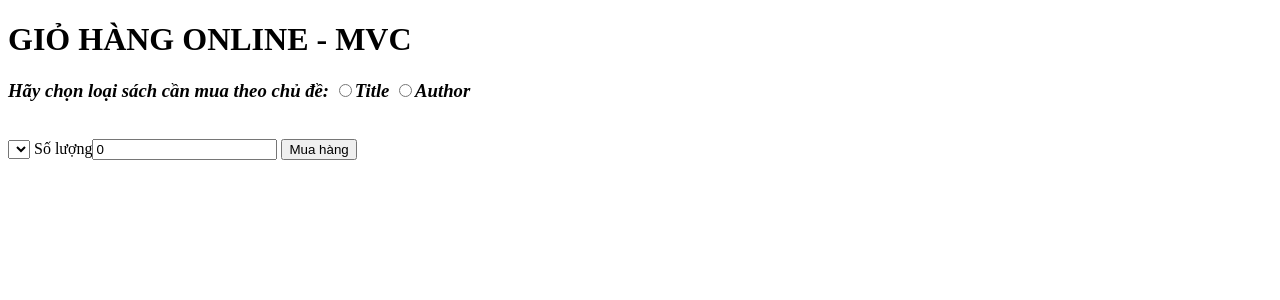
Repository: trangtruc/Java_NangCao
Page: http://localhost/Demo_Database/Myeshop.jsp
An editor plug-in stored every save of this project. The page is shown before and after the next save, followed by the edit.
The browser window is 1280 px wide. The pictures show the whole page.
The page is served by Tomcat 9. Other server files are loaded and not shown. Queries for data that is not in the repository find no rows.

Above is the page before, as saved 2017-03-11 17:36:24.

### Buoi4/Demo_Database/WebContent/Myeshop.jsp
<%@page contentType="text/html" pageEncoding="UTF-8"%>
<%@page import="servlet.*" %>
<%@page import="java.util.ArrayList" %>
<!DOCTYPE HTML PUBLIC "-//W3C//DTD HTML 4.01 Transitional//EN"
    "http://www.w3.org/TR/html4/loose.dtd">

<html>
    <head>
        <title>My E-Shop</title>
        <script type="text/javascript">
            function kt(){
                var s=document.getElementById("sl").value;
                if(isNaN(s) || s<=0)
                    return false;
                return true;
            }
        </script>
    </head>
    <body>
        <h1>GIỎ HÀNG ONLINE - MVC</h1>
        <%
            DbActions db = new DbActions();
            ArrayList<Sanpham> dssp = db.getAllProducts();
        %>
        <form action="Access" method="post">
            <h3><i>Hãy chọn loại sách cần mua theo chủ đề:
            <input type="radio" name="ra" value="title">Title
            <input type="radio" name="ra" value="author">Author
            </i></h3>
            </br>


            <select name="monhang">
                <%
            for (Sanpham sp : dssp) {%>
                <option value="<%=sp.getId()%>"><%=sp.getTitle()%></option>
                <%}%>
            </select>
            Số lượng<input name="soluong" value="0" id="sl"/>
            <input type="hidden" name="action" value="muahang"/>
            <input type="submit" value="Mua hàng" onclick="return kt()"/>


        </form>
        <br/>
        <jsp:include page="Myecart.jsp" flush="true"/>
    </body>
</html>

### Buoi4/Demo_Database/WebContent/Myecart.jsp
<%@page contentType="text/html" pageEncoding="UTF-8"%>
<%@page import="java.util.ArrayList" %>
<%@page import="servlet.*" %>
<%
	Object obj=session.getAttribute("giohang");
	if(obj!=null){
	    Giohang giohang=(Giohang)obj;
	    ArrayList<Monhang> dssp=giohang.getGiohang();
	    if(dssp.size()>0){
%>
<table align="center" border="1" width="95%">
    <tr>
        <th>STT</th>
        <th>Tên sách</th>
        <th>Tên tác giả</th>
        <th>Số lượng mua</th>
        <th>Đơn giá</th>
        <th>Số lượng hiện còn trong kho</th>
        <th>Thành tiền</th>
        <th></th>
    </tr>

    <%int i=1;
    for(Monhang mhang:dssp){

    	 String ms=mhang.getSanpham().getId();
    	 String tua=mhang.getSanpham().getTitle();
         String tgia=mhang.getSanpham().getAuthor();
         int sl=mhang.getSoluong();
         double dg=mhang.getSanpham().getPrice();
         int qty =mhang.getSanpham().getQty();

        %>

        <tr>
            <td><%=ms%></td>
            <td><%=tua%></td>
            <td><%=tgia%></td>
            <td><%=sl%></td>
            <td><%=dg%></td>
            <td><%=qty-sl%></td>
            <td><%=dg*sl%></td>
            <td>
                <form action="Access" method="post">
                    <input type="hidden" name="action" value="trahang"/>
                    <input type="hidden" name="mssp" value="<%=ms%>"/>
                    <input type="submit" value="Trả hàng"/>
                </form>
            </td>
        </tr>
    <%}%>
    </table>
    <br/>
        <center>
            <form method="post" action="Access">
                <input type="hidden" name="action" value="checkout"/>
                <input type="submit" value="Check out"/>
            </form>
        </center>
   <%}
   }
%>

### Buoi4/Demo_Database/src/servlet/DbActions.java
package servlet;

import java.sql.Connection;
import java.sql.DriverManager;
import java.sql.ResultSet;
import java.sql.Statement;
import java.util.ArrayList;

import servlet.Sanpham;

public class DbActions {
	private Connection conn;

	public DbActions() throws Exception{
		Class.forName("com.mysql.jdbc.Driver");
		conn = DriverManager.getConnection("jdbc:mysql://localhost:3306/ebookshop","root","");

	}





	public Sanpham getSanPhamId(String id) throws Exception {
		Sanpham sp=null;
		Statement stmt = conn.createStatement();
		String sql = "select * from books where id="+id+"";

		ResultSet rs = stmt.executeQuery(sql);
		if(rs.next()){
			String i = rs.getString("id");
			String t = rs.getString("title");
            String author = rs.getString("author");
            Float price = rs.getFloat("price");
            int quantity = rs.getInt("qty");
            sp = new Sanpham(i, t, author, price, quantity);
		}

		return sp;

	}


	public Sanpham getSanPhamAuthor(String author) throws Exception {
		Sanpham sp=null;
		Statement st = conn.createStatement();
		String sql = "SELECT * FROM books WHERE author = "
                + "'" + author + "'"
                + " AND qty > 0 ORDER BY author ASC, title ASC";
		ResultSet rs = st.executeQuery(sql);
		if(rs.next()){
			String id = rs.getString("id");
			String t = rs.getString("title");
            String au = rs.getString("author");
            Float price = rs.getFloat("price");
            int quantity = rs.getInt("qty");
            sp = new Sanpham(id, t, au, price, quantity);
		}

		return sp;
	}
	   /**
     * Lấy tât cả sản phẩm
     * @return danh sách sản phẩm
     * @throws Exception
     */
    public ArrayList<Sanpham> getAllProducts() throws Exception {
        ArrayList<Sanpham> ds = new ArrayList<Sanpham>();
        ResultSet rs = null;
        Statement stmt = conn.createStatement();
        String sql = "select * from books";
        rs = stmt.executeQuery(sql);
        while(rs.next()){
        	String id = rs.getString("id");
        	String t = rs.getString("title");
            String author = rs.getString("author");
            Float price = rs.getFloat("price");
            int quantity = rs.getInt("qty");
            ds.add(new Sanpham(id, t, author, price, quantity));
        }
        return ds;
    }


}

After the next save:
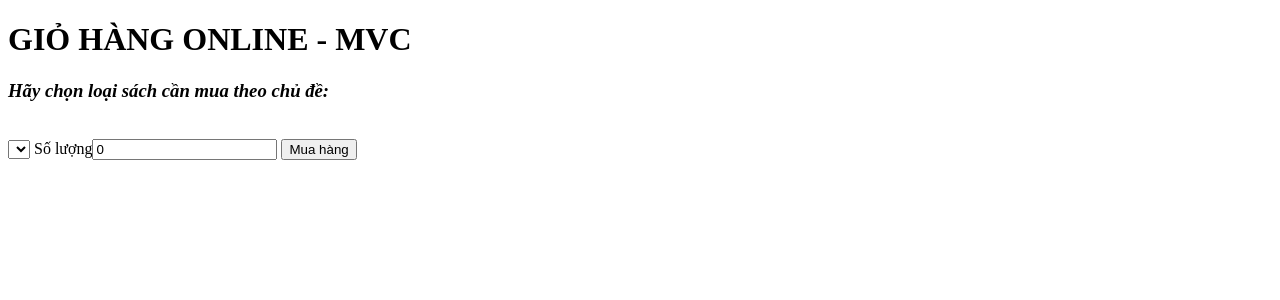
Saved 54 s later.
--- a/Buoi4/Demo_Database/WebContent/Myeshop.jsp
+++ b/Buoi4/Demo_Database/WebContent/Myeshop.jsp
@@ -24,8 +24,6 @@
         %>
         <form action="Access" method="post">
             <h3><i>Hãy chọn loại sách cần mua theo chủ đề:
-            <input type="radio" name="ra" value="title">Title
-            <input type="radio" name="ra" value="author">Author
             </i></h3>
             </br>
 
